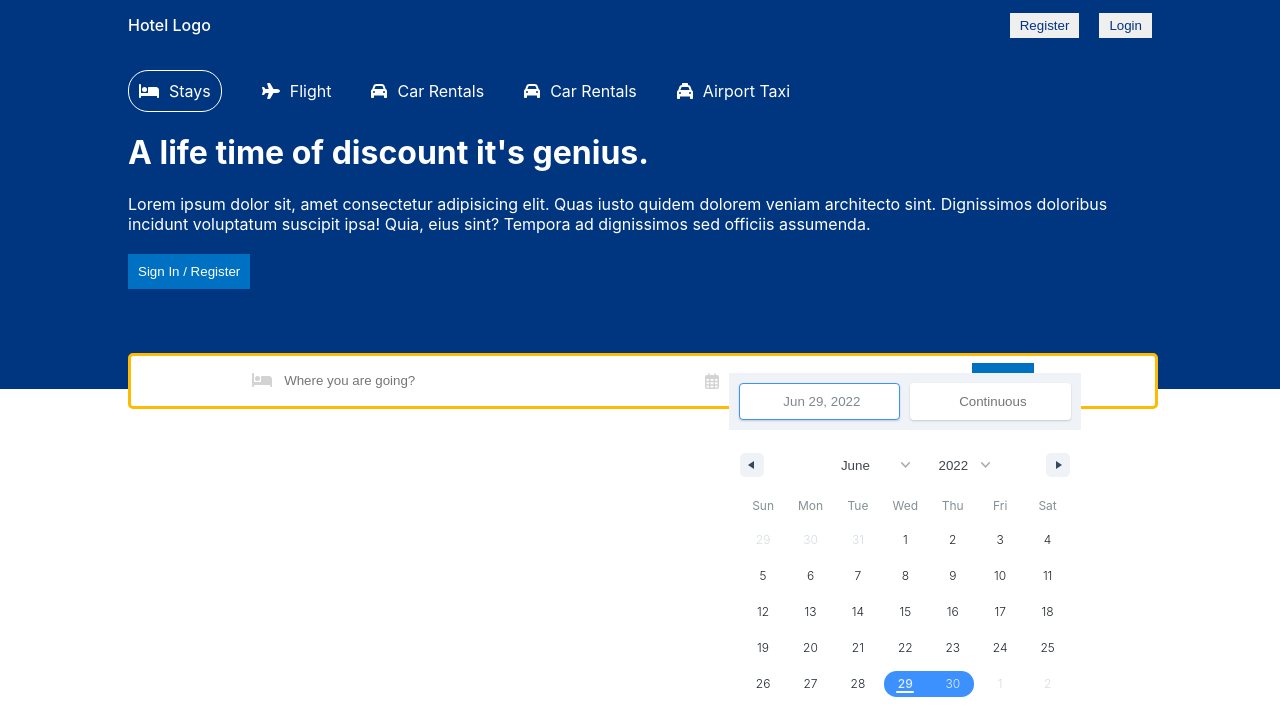
Repository: shikubro90/Booking-App
Page: /
An editor plug-in stored every save of this project. The page is shown before and after a run of saves, followed by the edit.
The browser window is 1280 px wide. The pictures show the whole page.
The project was rebuilt for these pictures with package versions that can differ from the ones it lists, and the page was loaded fresh each time. Also part of the build but not shown: src/App.css, src/pages/Hotels/Hotels.jsx. Imported but missing from the stored project, and not drawn on this page: src/pages/List/List.

Above is the page before, as saved 2022-06-29 01:08:32.

### src/App.js
import './App.css';
import {
  BrowserRouter,
  Routes,
  Route,
} from "react-router-dom";

import Home from './pages/Home/Home';
import List from './pages/List/List';
import Hotels from './pages/Hotels/Hotels';

function App() {
  return (
    <BrowserRouter>
      <Routes>
        <Route path='/' element={<Home/>}/>
        <Route path='hotels' element={<List/>}/>
        <Route path='hotels/:id' element={<Hotels/>}/>
      </Routes>
    </BrowserRouter>
  );
}

export default App;

### src/pages/Home/Home.jsx
import React from 'react';
import Header from '../../components/Header/Header';
import Navbar from '../../components/Navbar/Navbar';

const Home = () => {
    return (
        <div>
            <Navbar/>
            <Header/>
        </div>
    );
};

export default Home;

### src/components/Header/Header.jsx
import { faCalendarDays } from '@fortawesome/free-regular-svg-icons';
import { faBed, faCar, faPlane, faTaxi } from '@fortawesome/free-solid-svg-icons';
import { FontAwesomeIcon } from '@fortawesome/react-fontawesome';
import { useState } from 'react';
import { DateRange } from 'react-date-range';
import 'react-date-range/dist/styles.css'; // main style file
import 'react-date-range/dist/theme/default.css'; // theme css file
import './Header.css';

const Header = () => {

    const [date, setDate] = useState([
        {
            startDate : new Date(),
            endDate : null,
            key : "selection"
        }
    ])

    return (
        <div className="header">
            <div className="headerContainer">
                <div className="headerList">
                    <div className="headerListItem active">
                        <FontAwesomeIcon icon={faBed} />
                        <span>Stays</span>
                    </div>
                    <div className="headerListItem">
                        <FontAwesomeIcon icon={faPlane} />
                        <span>Flight</span>
                    </div>
                    <div className="headerListItem">
                        <FontAwesomeIcon icon={faCar} />
                        <span>Car Rentals</span>
                    </div>
                    <div className="headerListItem">
                        <FontAwesomeIcon icon={faCar} />
                        <span>Car Rentals</span>
                    </div>
                    <div className="headerListItem">
                        <FontAwesomeIcon icon={faTaxi} />
                        <span>Airport Taxi</span>
                    </div>
                </div>
                {/* End headerListing */}

                <h1 className="headerTitle">
                    A life time of discount it's genius.
                </h1>
                <div className="headerDescription">
                    Lorem ipsum dolor sit, amet consectetur adipisicing elit. Quas iusto quidem dolorem veniam architecto sint. Dignissimos doloribus incidunt voluptatum suscipit ipsa! Quia, eius sint? Tempora ad dignissimos sed officiis assumenda.
                </div>
                <button className='headerButton'>Sign In / Register</button>

                <div className="headerSearch">
                    <div className="headerSearchItem">
                        <FontAwesomeIcon icon={faBed} className="headerIcon" />
                        <input type="text" placeholder='Where you are going?' className='headerSearchInput' />
                    </div>
                    {/* headerSearchItem */}
                    <div className="headerSearchItem">
                        <FontAwesomeIcon icon={faCalendarDays} className="headerIcon" />
                        <span className='headerSearchText'>
                            <DateRange
                            editableDateInputs={true}
                            onChange={item => setDate([item.selection])}
                            moveRangeOnFirstSelection={false}
                            ranges={date}
                            className='date'
                            />
                        </span>
                    </div>
                    {/* headerSearchItem */}
                    <div className="headerSearchItem">
                        <button className="headerButton">Search</button>
                    </div>
                    {/* headerSearchItem */}
                </div>
                {/* HeaderSearch */}

            </div>
            {/* End headerContainer */}
        </div>
        // End header
    );
};

export default Header;

### src/components/Navbar/Navbar.jsx
import  './Navbar.css';

const Navbar = () => {
    return (
        <div className='navbar'>
            <div className="navContainer">
                <span className="logo">
                    Hotel Logo
                </span>
                {/* End Logo */}

                <div className="navItems">
                    <button className='navButton'>Register</button>
                    <button className='navButton'>Login</button>
                </div>
            </div>
            {/* End navContainer */}
        </div>
        // End Navbar
    );
};

export default Navbar;

### src/components/Header/Header.css
.header{
    background: #003580;
    color: white;
    display: flex;
    justify-content: center;
    position: relative;
}

.headerContainer{
    width: 100%;
    max-width: 1024px;
    margin: 20px 0 100px 0;
}

.headerList{
    display: flex;
    gap: 40px;
    margin-bottom: 20px;
}

.headerListItem{
    display: flex;
    align-items: center;
    gap: 10px;
}

.headerListItem.active{
    border: 1px solid white;
    padding: 10px;
    border-radius: 20px;
}

.headerDescription{
    margin: 20px 0px;
}

.headerButton{
    background: #0071c2;
    color: white;
    border: none;
    padding: 10px;
}

.headerSearch{
    background: white;
    height: 30px;
    border: 3px solid #febb02;
    display: flex;
    align-items: center;
    justify-content: space-around;
    padding: 10px 0;
    border-radius: 5px;
    position: absolute;
    bottom: -20px;
    width: 100%;
    max-width: 1024px;
}

.headerSearchItem{
    display: flex;
    gap: 10px
    ;
}

.headerSearchText{
    color: lightgray;
    cursor: pointer;
}
.headerSearchInput{
    border: none;
    outline: none;
}

.headerIcon{
    color: lightgray;
}


.date{
    position: absolute;
}

### src/components/Navbar/Navbar.css
.navbar{
    height: 50px;
    background-color: #003580;
    display: flex;
    justify-content: center;
}

.navContainer{
    width: 100%;
    max-width: 1024px;
    color: white;
    display: flex;
    align-items: center;
    justify-content: space-between;
}

.logo{
    font-weight: 500;
}

.navButton{
    margin-left: 20px;
    border: none;
    padding: 5px 10px;
    color: #003580;
    cursor: pointer;
}

Loaded but not shown: public/index.html (common file); src/index.js (common file); src/index.css (common file); src/reportWebVitals.js (common file)

After the next 2 saves:
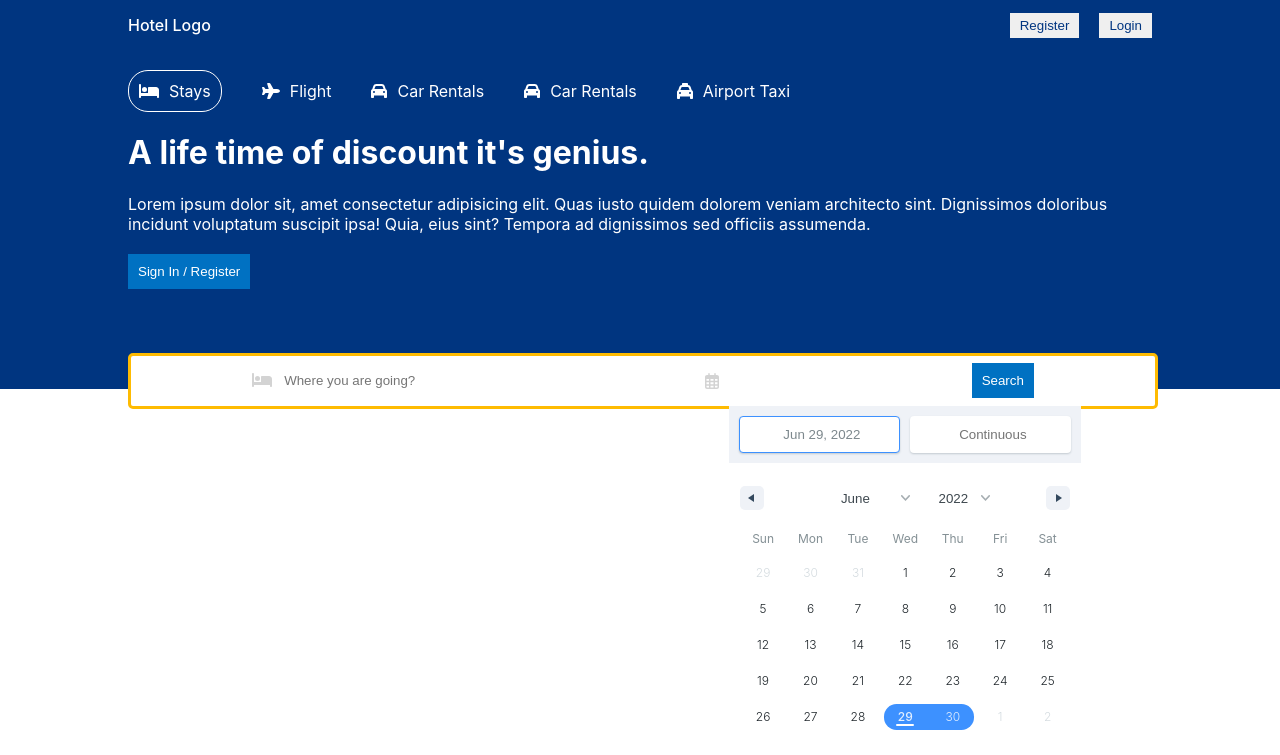
The 2 saves are shown as one change because they came seconds apart.
The last was saved 23 s later.
--- a/src/components/Header/Header.css
+++ b/src/components/Header/Header.css
@@ -78,4 +78,5 @@
 
 .date{
     position: absolute;
+    top: 50px;
 }
